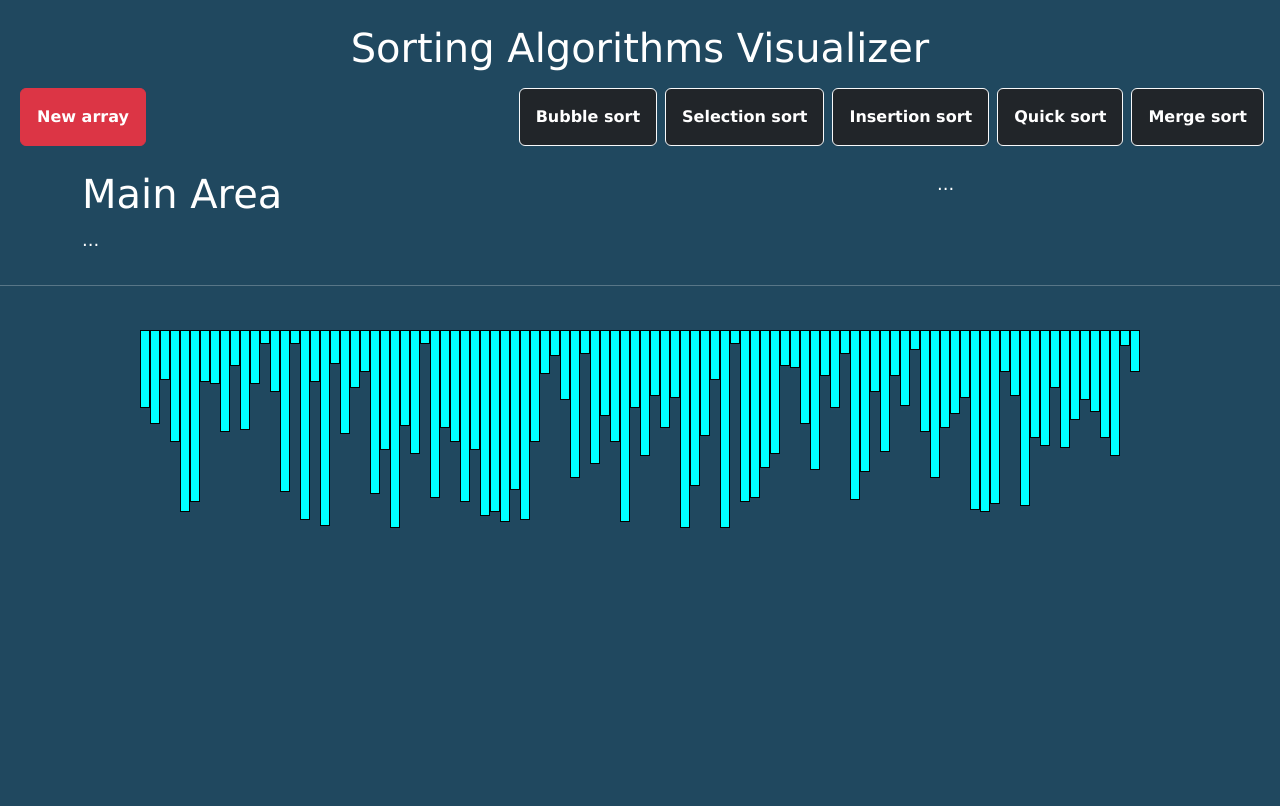
Repository: Vasil1001/Sorting-Algorithms-Visualizer-js
Page: views/index.html
The author's editor kept a copy of each file at every save. The page is drawn from the files as they stood at one save, then again after the next save.
The browser window is 1280 px wide. The pictures show the whole page.

Above is the page before, as saved 2022-11-03 17:48:06.

After the next save:
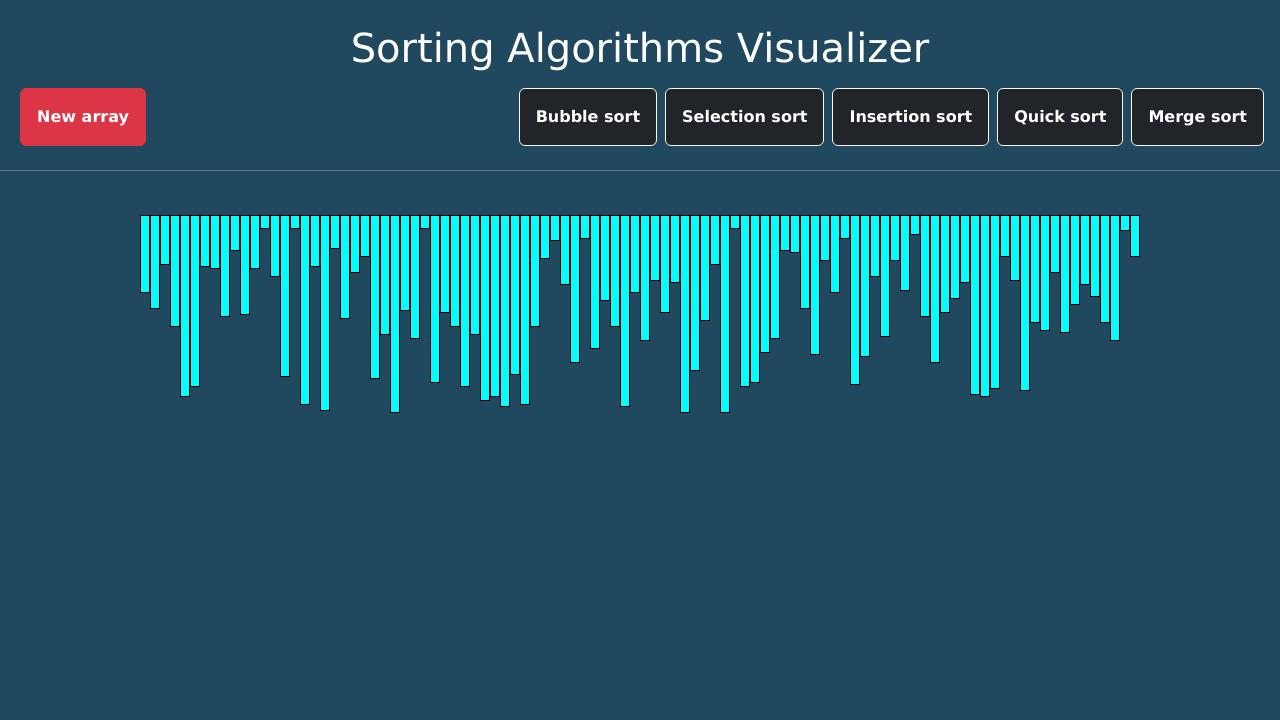
Saved 5 s later.
--- a/views/index.html
+++ b/views/index.html
@@ -54,19 +54,7 @@
 
 <body>
 
-  <div class="container">
-    <div class="row py-3">
-      <div class="col-3 order-2" id="sticky-sidebar">
-        <div class="sticky-top">
-          ...
-        </div>
-      </div>
-      <div class="col" id="main">
-        <h1>Main Area</h1>
-        ...
-      </div>
-    </div>
-  </div>
+
   <hr style="color: white;">
 
   <div id="bars" class="bars flex-container p-4"></div>

After the save that followed:
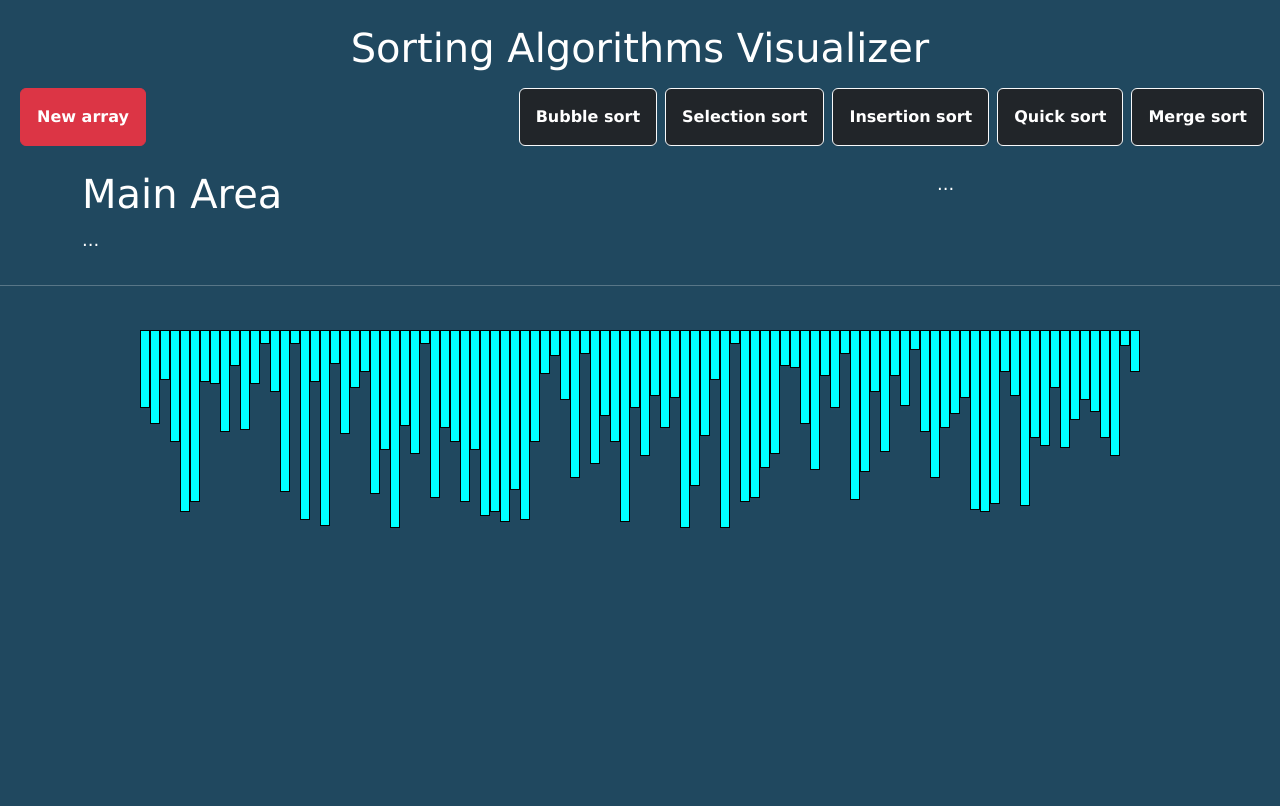
Saved 7 s later.
--- a/views/index.html
+++ b/views/index.html
@@ -50,6 +50,20 @@
       </ul>
     </div>
   </nav>
+
+  <div class="container">
+    <div class="row py-3">
+      <div class="col-3 order-2" id="sticky-sidebar">
+        <div class="sticky-top">
+          ...
+        </div>
+      </div>
+      <div class="col" id="main">
+        <h1>Main Area</h1>
+        ...
+      </div>
+    </div>
+  </div>
 </header>
 
 <body>
